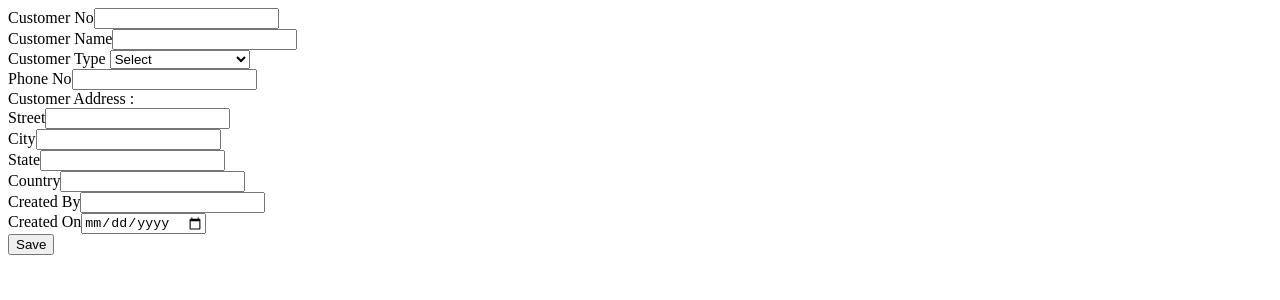
Repository: Mahesh2114/Project
Page: http://localhost/bms/save.jsp
The author's editor kept a copy of each file at every save. The page is drawn from the files as they stood at one save, then again after the next save.
The browser window is 1280 px wide. The pictures show the whole page.
The page is served by Tomcat 9. Other server files are loaded and not shown.

Above is the page before, as saved 2021-12-06 03:45:51.

### Project1/bms/src/main/webapp/save.jsp
<%@ page language="java" contentType="text/html; charset=ISO-8859-1"
	pageEncoding="ISO-8859-1"%>
<!DOCTYPE html>
<html>
<head>
<meta charset="ISO-8859-1">
<title>Insert title here</title>
</head>
<body>
	<form action="/save" method="post">

		<div>
			<label>Customer No</label><input type="text" name="cid">
		</div>
		<div>
			<label>Customer Name</label><input type="text" name="name">
		</div>
		<div>
			<label for="type">Customer Type</label> <select name="type" id="type">
				<option value="select">Select</option>
				<option value="cheap">Cheap Customer</option>
				<option value="educated">Educated Customer</option>
				<option value="driven">Driven Customer</option>
			</select>
		</div>
		<div>
			<label>Phone No</label><input type="text" name="phone">
		</div>
		<div>
			<label>Customer Address :</label><br> <label>Street</label><input
				type="text" name="street"> <br> <label>City</label><input
				type="text" name="city"><br> <label>State</label><input
				type="text" name="state"><br> <label>Country</label><input
				type="text" name="country"><br>
		</div>
		<div>
			<label>Created By</label><input type="text" name="created_by">
		</div>
		<div>
			<label>Created On</label><input type="date" name="date">
		</div>


		<div>
			<button type="submit">Save</button>
		</div>
	</form>
</body>
</html>

After the next save:
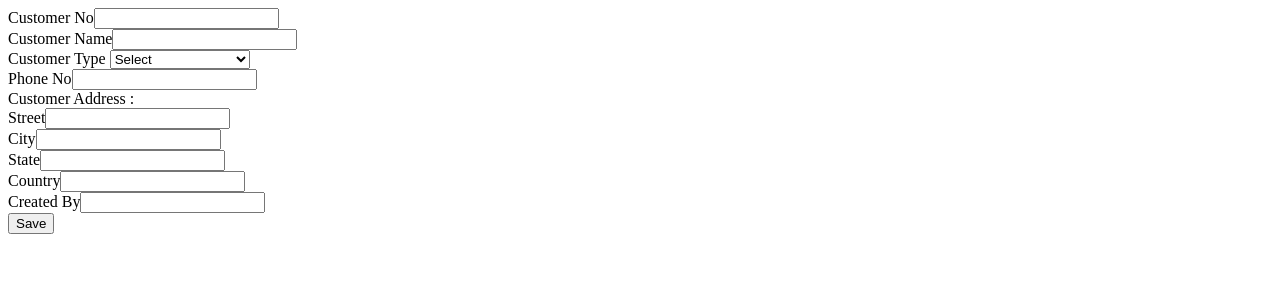
Saved 65 s later.
--- a/Project1/bms/src/main/webapp/save.jsp
+++ b/Project1/bms/src/main/webapp/save.jsp
@@ -37,11 +37,6 @@
 			<label>Created By</label><input type="text" name="created_by">
 		</div>
 		<div>
-			<label>Created On</label><input type="date" name="date">
-		</div>
-
-
-		<div>
 			<button type="submit">Save</button>
 		</div>
 	</form>
